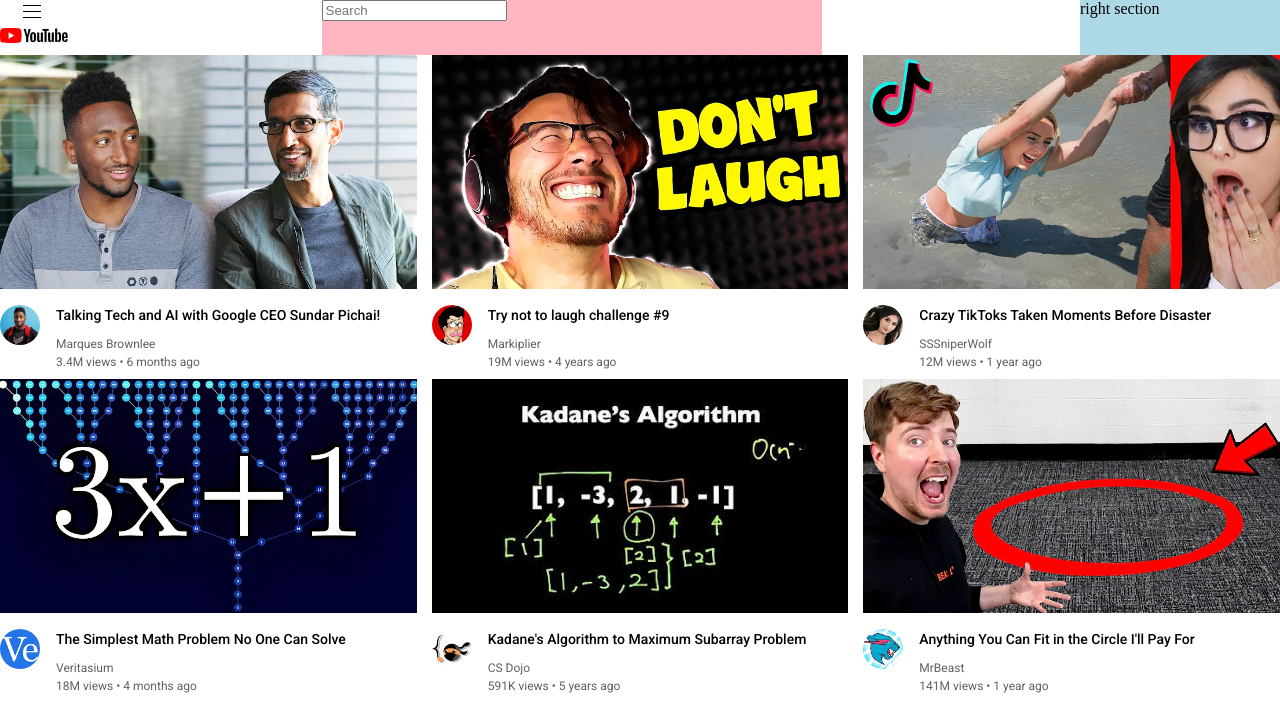
Repository: idahcarts-ux/html-css
Page: youtube.html
The author's editor kept a copy of each file at every save. The page is drawn from the files as they stood at one save, then again after a run of saves.
The browser window is 1280 px wide. The pictures show the whole page.

Above is the page before, as saved 2025-11-19 16:47:39.

### youtube.html
<!DOCTYPE html>
<html>
<head>
  <title>YouTube.com Clone</title>

  <link rel="preconnect" href="https://fonts.googleapis.com">
  <link rel="preconnect" href="https://fonts.gstatic.com" crossorigin>
  <link href="https://fonts.googleapis.com/css2?family=Roboto:wght@100;300;400;500;700;900&display=swap" rel="stylesheet">

<link rel="stylesheet" href="styles/general.css">
<link rel="stylesheet" href="styles/video.css">
<link rel="stylesheet" href="styles/header.css">


</head>
<body>
  <div class="header">
    <div class="left-section">
     <img class="hamburger-menu" src="icons/hamburger-menu.svg">
     <img class="youtube-logo" src="icons/youtube-logo.svg">
    </div>
    <div class="middle-section">
      <input class="search-bar" type="text" placeholder="Search">
    </div>
    <div class="right-section">
      right section
    </div>

  </div>



  <!-- MAIN GRID START -->
  <div class="video-grid">

    <!-- 1 -->
    <div class="video-preview">
      <img class="thumbnails" src="thumbnails/thumbnail-1.webp">
      <div class="video-info-grid">
        <div class="channel-pictures">
          <img class="profile-picture" src="chanel-pictures/channel-1.jpeg">
        </div>
        <div class="video-info">
          <p class="video-title">
            Talking Tech and AI with Google CEO Sundar Pichai!
          </p>
          <p class="video-author">Marques Brownlee</p>
          <p class="video-stats">3.4M views • 6 months ago</p>
        </div>
      </div>
    </div>

    <!-- 2 -->
    <div class="video-preview">
      <img class="thumbnails" src="thumbnails/thumbnail-2.webp">
      <div class="video-info-grid">
        <div class="channel-pictures">
          <img class="profile-picture" src="chanel-pictures/channel-2.jpeg">
        </div>
        <div class="video-info">
          <p class="video-title">Try not to laugh challenge #9</p>
          <p class="video-author">Markiplier</p>
          <p class="video-stats">19M views • 4 years ago</p>
        </div>
      </div>
    </div>

    <!-- 3 -->
    <div class="video-preview">
      <img class="thumbnails" src="thumbnails/thumbnail-3.webp">
      <div class="video-info-grid">
        <div class="channel-pictures">
          <img class="profile-picture" src="chanel-pictures/channel-3.jpeg">
        </div>
        <div class="video-info">
          <p class="video-title">Crazy TikToks Taken Moments Before Disaster</p>
          <p class="video-author">SSSniperWolf</p>
          <p class="video-stats">12M views • 1 year ago</p>
        </div>
      </div>
    </div>

    <!-- 4 -->
    <div class="video-preview">
      <img class="thumbnails" src="thumbnails/thumbnail-4.webp">
      <div class="video-info-grid">
        <div class="channel-pictures">
          <img class="profile-picture" src="chanel-pictures/channel-4.jpeg">
        </div>
        <div class="video-info">
          <p class="video-title">The Simplest Math Problem No One Can Solve</p>
          <p class="video-author">Veritasium</p>
          <p class="video-stats">18M views • 4 months ago</p>
        </div>
      </div>
    </div>

    <!-- 5 -->
    <div class="video-preview">
      <img class="thumbnails" src="thumbnails/thumbnail-5.webp">
      <div class="video-info-grid">
        <div class="channel-pictures">
          <img class="profile-picture" src="chanel-pictures/channel-5.jpeg">
        </div>
        <div class="video-info">
          <p class="video-title">
            Kadane's Algorithm to Maximum Subarray Problem
          </p>
          <p class="video-author">CS Dojo</p>
          <p class="video-stats">591K views • 5 years ago</p>
        </div>
      </div>
    </div>

    <!-- 6 -->
    <div class="video-preview">
      <img class="thumbnails" src="thumbnails/thumbnail-6.webp">
      <div class="video-info-grid">
        <div class="channel-pictures">
          <img class="profile-picture" src="chanel-pictures/channel-6.jpeg">
        </div>
        <div class="video-info">
          <p class="video-title">
            Anything You Can Fit in the Circle I'll Pay For
          </p>
          <p class="video-author">MrBeast</p>
          <p class="video-stats">141M views • 1 year ago</p>
        </div>
      </div>
    </div>

  </div>
  <!-- MAIN GRID END -->



</body>
</html>

### styles/general.css
 p {
    font-family: Roboto, Arial;
    margin-top: 0;
    margin-bottom: 0;
  }

  body {
    margin: 0;
  }

### styles/video.css



  .thumbnails {
    width: 100%;
  }



  .video-title {
    font-size: 14px;
    font-weight: 500;
    line-height: 20px;
    margin-bottom: 12px;
  }

  .video-info-grid {
    display: flex;
    margin-top: 12px;
  }

  /* FIX: Ensure the profile picture container is just large enough for the picture */
  .channel-pictures {
    width: 48px; /* Slightly larger than the picture for padding/margin */
    flex-shrink: 0;
    margin-right: 8px; /* Added some spacing to separate picture from text */
  }

  /* FIX: Ensure the profile picture fills its container and maintain aspect ratio */
  .profile-picture {
    width: 40px; /* Kept your desired size */
    height: 40px; /* Added explicit height to force a square container */
    object-fit: cover; /* Ensures image covers the area without distortion */
    border-radius: 50%;
  }

  /* FIX: Removed fixed width which was unnecessary and potentially restrictive */
  .video-info {
    /* width: 200px; <--- Removed this line */
    flex: 1; /* Allow it to take up the remaining space */
  }

  .video-author {
    font-size: 12px;
    color: rgb(96, 96, 96);
    margin-bottom: 4px;
  }

  .video-stats {
    font-size: 12px;
    color: rgb(96, 96, 96);
  }

  .video-grid {
    display: grid;
    grid-template-columns: 1fr 1fr 1fr;
    column-gap: 15px;
    row-gap: 10px;
  }

### styles/header.css


  .header {
    height:55px;
    display:flex;
    flex-direction: row;
    justify-content: space-between;
  }

  .left-section {
   width:
  display: flex;
   align-items: center;


  }


  .hamburger-menu {
    height: 24px;
    margin-left: 20px;
    margin-right: 20px;
  }
  .middle-section {
    background-color:lightpink;
    flex:1;
    margin-left: 30px;
    margin-right: 35px;
    max-width:500px;
  }
  .right-section {
    background-color: lightblue;
    width:200px;
  }

After the next 2 saves:
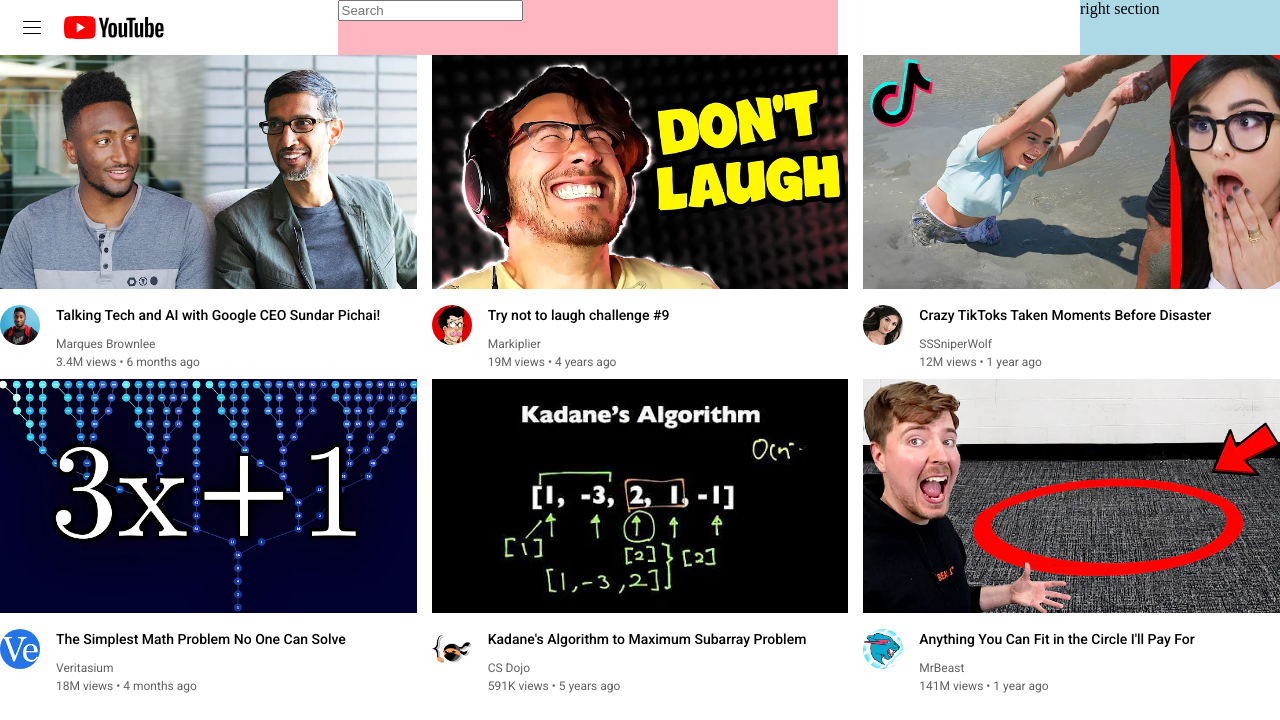
The 2 saves are shown as one change because they came seconds apart.
The last was saved 6 s later.
--- a/styles/header.css
+++ b/styles/header.css
@@ -8,7 +8,7 @@
   }
 
   .left-section {
-   width:
+   width:100px;
   display: flex;
    align-items: center;
 
